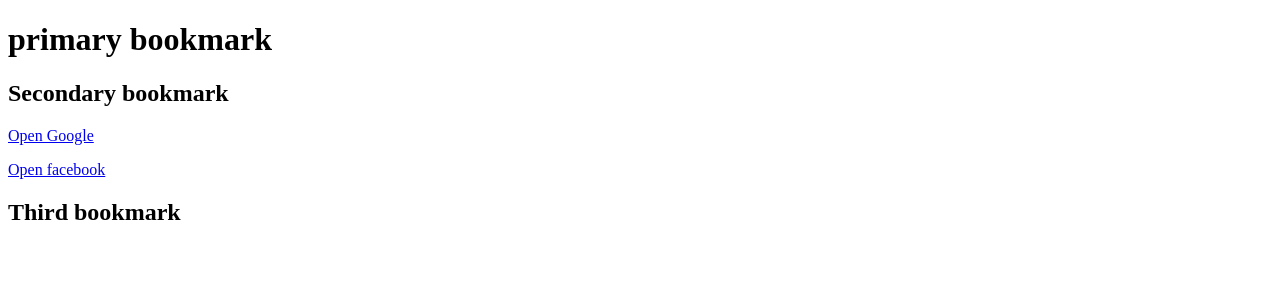
Repository: Mohan2347/Project-2
Page: 3.html
An editor plug-in stored every save of this project. The page is shown before and after the next save, followed by the edit.
The browser window is 1280 px wide. The pictures show the whole page.

Above is the page before, as saved 2024-11-02 23:10:15.

After the next save:
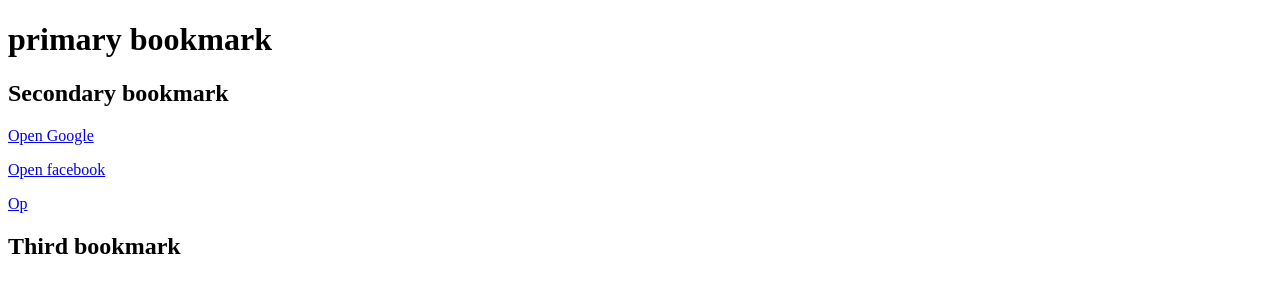
Saved 9 s later.
--- a/3.html
+++ b/3.html
@@ -10,7 +10,7 @@
     <h2>Secondary bookmark</h2>
     <p><a target="_blank" href="https://www.google.com">Open Google</a></p>
     <p><a target = "_blank" href="https://www.facebook.com">Open facebook</a></p>
-    <p><a href="https://www.quora.com"></a></p>
+    <p><a href="https://www.quora.com">Op</a></p>
     <h2>Third bookmark</h2>
 </body>
 </html>
